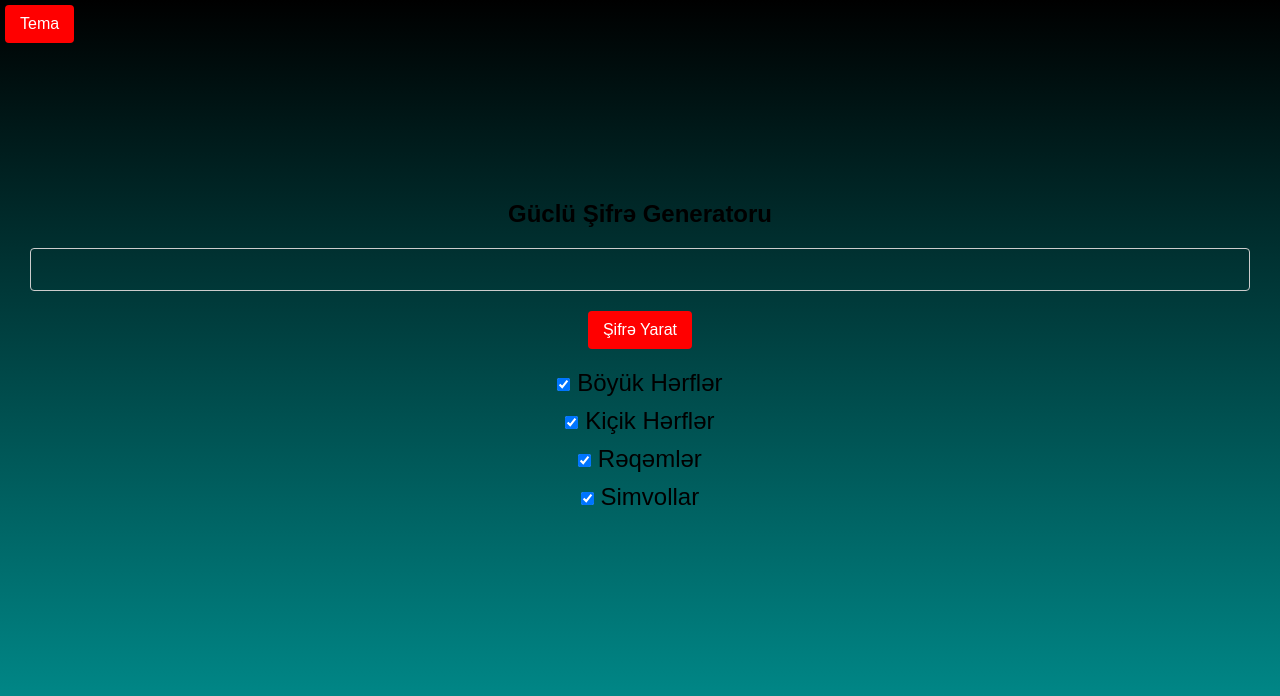
Repository: ferhadsultan98/pass-generator
Page: pass.html
The author's editor kept a copy of each file at every save. The page is drawn from the files as they stood at one save, then again after the next save.
The browser window is 1280 px wide. The pictures show the whole page.

Above is the page before, as saved 2025-03-04 12:08:31.

### pass.html
<!DOCTYPE html>
<html lang="az">
<head>
  <meta charset="UTF-8">
  <meta name="viewport" content="width=device-width, initial-scale=1.0">
  <title>Güclü Şifrə Generatoru</title>
<style>
    * {
  margin: 0;
  padding: 0;
  box-sizing: border-box;
}

body {
  font-family: Arial, sans-serif;
  height: 100vh;
  display: flex;
  justify-content: center;
  align-items: center;
  background: linear-gradient(to top, darkcyan, black);
  transition: background-color 0.3s, color 0.3s;
}

body.dark-mode {
  background-color: #333;
  color: #f4f4f9;
}

.container {
  padding: 30px;
  border-radius: 8px;

  text-align: center;
  width: 100%;
}

body.dark-mode .container {
  background-color: red;
  box-shadow: 0 4px 6px rgba(0, 0, 0, 0.3);
}

h1 {
  margin-bottom: 20px;
  font-size: 24px;
}

#password {
  width: 100%;
  padding: 10px;
  font-size: 18px;
  margin-bottom: 20px;
  border: 1px solid #ccc;
  border-radius: 4px;
  outline: none;
  text-align: center;
  background: none;
}

button {
  padding: 10px 15px;
  font-size: 16px;
  background-color: red;
  color: white;
  border: none;
  border-radius: 4px;
  cursor: pointer;
}

button:hover {
  background-color: red;
}

.options {
  margin-top: 20px;
  text-align: center;
}

label {
  display: block;
  margin-bottom: 10px;
  font-size: 24px;
}

.theme-switch {
left: 5px;
top: 5px;
  position: absolute;
}




@media (max-width: 500px) {
  .container {
    padding: 20px;
  }

  h1 {
    font-size: 20px;
  }

  button {
    font-size: 14px;
  }
}

</style>
</head>
<body>
  <div class="container">
    <h1>Güclü Şifrə Generatoru</h1>
    <input type="text" id="password" readonly>
    <button onclick="generatePassword()">Şifrə Yarat</button>

    <div class="options">
      <label>
        <input type="checkbox" id="includeUppercase" checked>
        Böyük Hərflər
      </label>
      <label>
        <input type="checkbox" id="includeLowercase" checked>
        Kiçik Hərflər
      </label>
      <label>
        <input type="checkbox" id="includeNumbers" checked>
        Rəqəmlər
      </label>
      <label>
        <input type="checkbox" id="includeSymbols" checked>
        Simvollar
      </label>
    </div>

    <div class="theme-switch">
        <button id="themeToggle"  onchange="toggleTheme()">Tema</button>
    </div>
  </div>

<script>
    // Şifrə yaratma funksiyası
function generatePassword() {
  const length = 12; // Şifrə uzunluğu
  const includeUppercase = document.getElementById('includeUppercase').checked;
  const includeLowercase = document.getElementById('includeLowercase').checked;
  const includeNumbers = document.getElementById('includeNumbers').checked;
  const includeSymbols = document.getElementById('includeSymbols').checked;

  let characters = '';
  if (includeUppercase) characters += 'ABCDEFGHIJKLMNOPQRSTUVWXYZ';
  if (includeLowercase) characters += 'abcdefghijklmnopqrstuvwxyz';
  if (includeNumbers) characters += '0123456789';
  if (includeSymbols) characters += '!@#$%^&*()-_=+[]{}|;:,.<>?/';

  if (characters === '') {
    alert('Ən az bir seçim etməlisiniz!');
    return;
  }

  let password = '';
  for (let i = 0; i < length; i++) {
    password += characters.charAt(Math.floor(Math.random() * characters.length));
  }

  document.getElementById('password').value = password;
}

// Tema dəyişdirmə funksiyası
function toggleTheme() {
  const themeToggle = document.getElementById('themeToggle');
  if (themeToggle.checked) {
    document.body.classList.add('dark-mode');
  } else {
    document.body.classList.remove('dark-mode');
  }
}

</script>
</body>
</html>

After the next save:
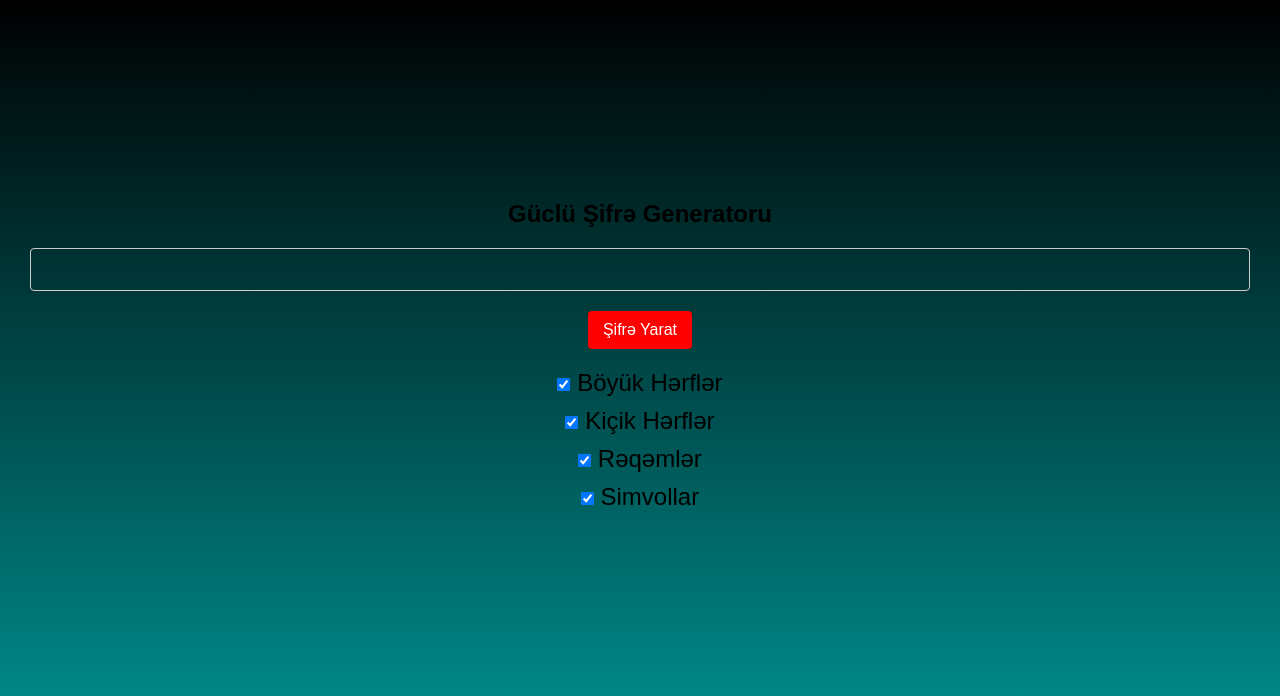
Saved 6 s later.
--- a/pass.html
+++ b/pass.html
@@ -131,9 +131,6 @@ top: 5px;
       </label>
     </div>
 
-    <div class="theme-switch">
-        <button id="themeToggle"  onchange="toggleTheme()">Tema</button>
-    </div>
   </div>
 
 <script>
